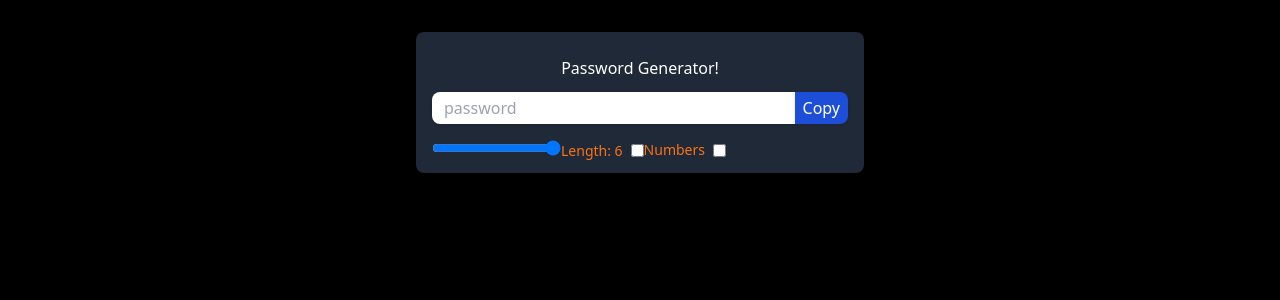
Repository: tirth2014/chai-aur-react
Page: / (app in 05_password-generator/)
These files come from the project's save history. The page is drawn as it stood at one moment and after the next save; the edit follows.
The browser window is 1280 px wide. The pictures show the whole page.
The project was rebuilt for these pictures with package versions that can differ from the ones it lists, and the page was loaded fresh each time. Also part of the build but not shown: 05_password-generator/vite.config.js.

Above is the page before, as saved 2023-10-07 17:14:31.

### 05_password-generator/src/App.jsx
import { useState } from 'react'

function App() {

  const [password, setPassword] = useState('');
  const [length, setLength] = useState(6);
  const [isNum, setIsNum] = useState(false);
  const [isSpecialChar, setisSpecialChar] = useState(false);



  return (
    <>
      <div className="w-full max-w-md mx-auto shadow-md rounded-lg px-4 py-3 my-8 bg-gray-800 text-orange-500">
        <h1 className='text-white text-center my-3'>Password Generator!</h1>
        <div className='flex shadow rounded-lg overflow-hidden mb-4'>
          <input
            type="text"
            value={password}
            placeholder='password'
            readOnly
            className='outline-none w-full py-1 px-3'
          />
          <button className='outline-none shadow bg-blue-700 text-white px-2 py-1 shrink-0'>Copy</button>
        </div>
        <div className='flex text-sm gap-x-2'>
          <div>
            <input
            type="range"
            name="passLength"
            id="passLength"
            min={6}
            max={20}
            onChange={(e) => setLength(e.currentTarget.value)}
            />
            <label htmlFor="passLength" >Length: {length}</label>
          </div>
          <div className='flex'>
            <input
            type="checkbox"
            id='isNum'
            />
            <label htmlFor="isNum">Numbers</label>
          </div>
          <div className='flex'>
            <input
            type="checkbox"
            id='isSpecialChar'
            />
          </div>
        </div>
      </div>
    </>
  )
}

export default App

Loaded but not shown: 05_password-generator/index.html (common file); 05_password-generator/src/main.jsx (common file); 05_password-generator/src/index.css (common file); 05_password-generator/tailwind.config.js (common file)

After the next save:
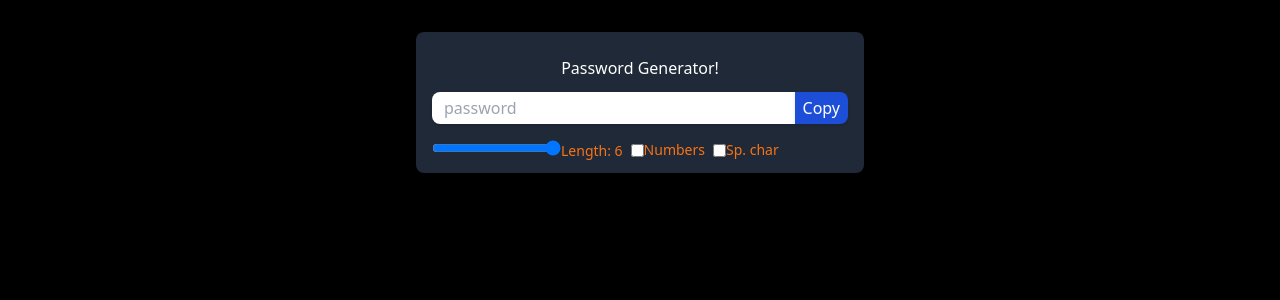
Saved 30 s later.
--- a/05_password-generator/src/App.jsx
+++ b/05_password-generator/src/App.jsx
@@ -47,6 +47,7 @@ function App() {
             type="checkbox"
             id='isSpecialChar'
             />
+            <label htmlFor="isSpecialChar">Sp. char</label>
           </div>
         </div>
       </div>
